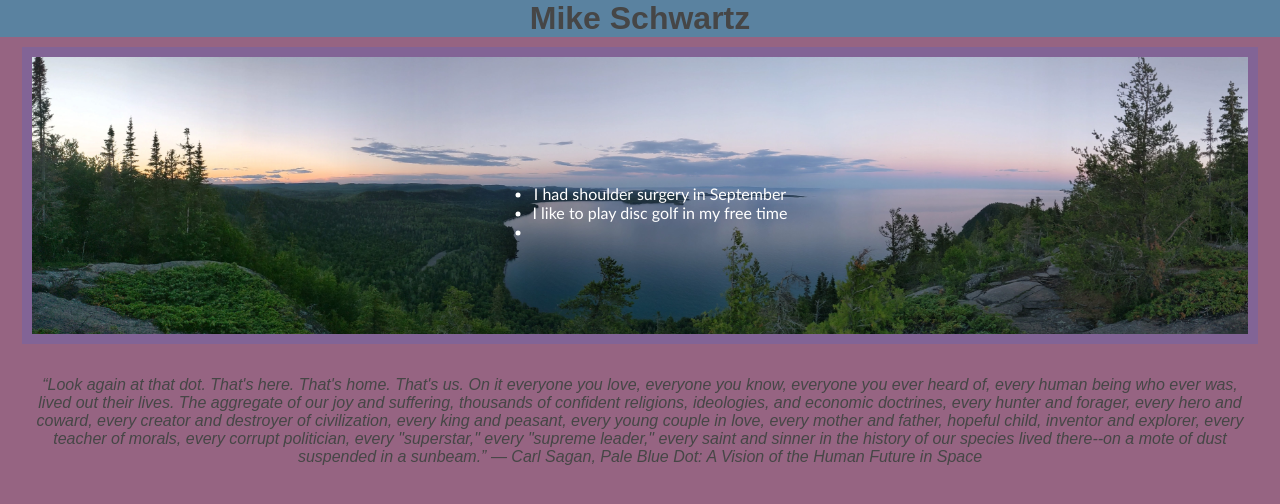
Repository: Ellusionism/prime-pw-week-1-assignment
Page: assignment/index.html
The author's editor kept a copy of each file at every save. The page is drawn from the files as they stood at one save, then again after the next save.
The browser window is 1280 px wide. The pictures show the whole page.

Above is the page before, as saved 2022-10-26 16:11:53.

After the next save:
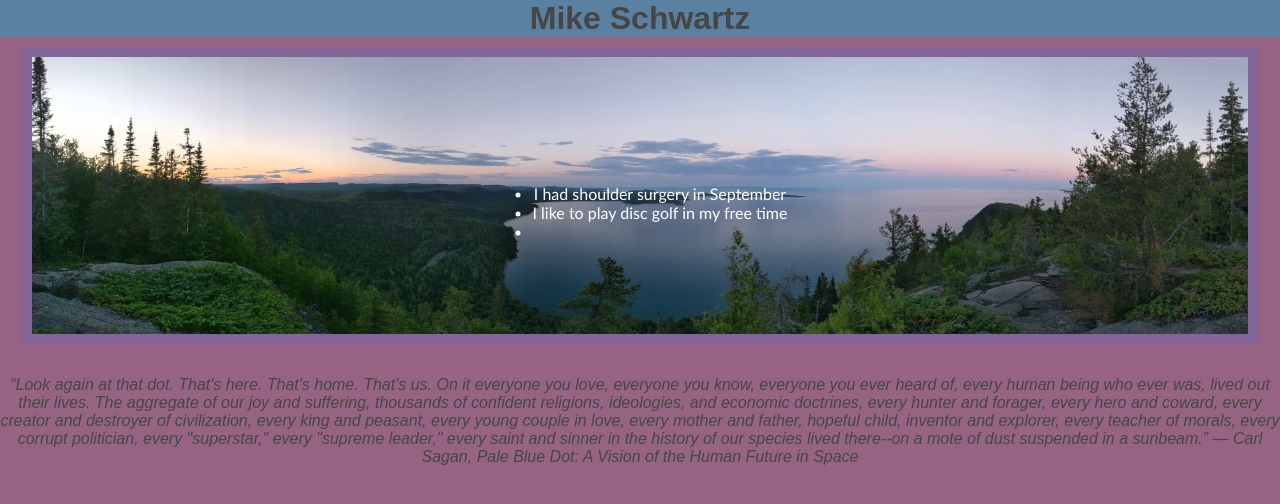
Saved 7 s later.
--- a/assignment/style.css
+++ b/assignment/style.css
@@ -17,7 +17,7 @@ header {
 }
 /* Make your p tag a different color and italic */
 .fav-quote {
- margin: 2.5%;
+ margin: 2.5% 0;
  color: rgb(70, 70, 70);
  font-style: italic;
  text-align: center;
